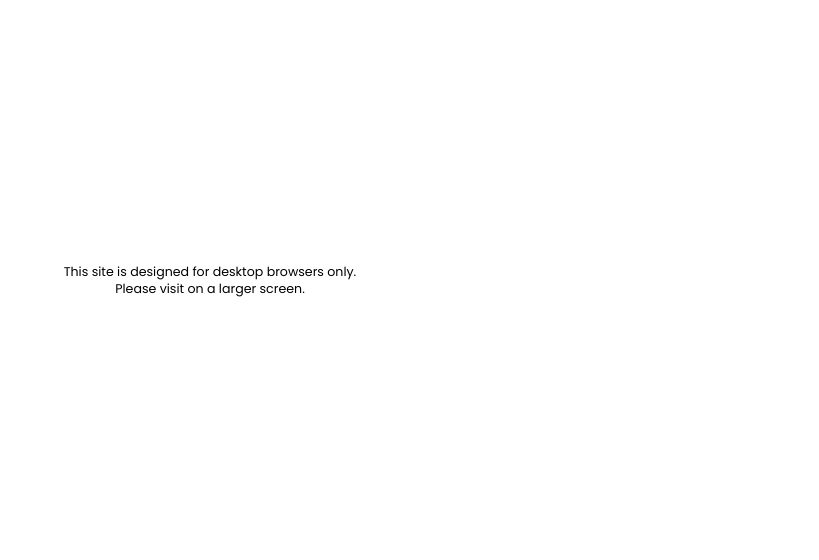
Repository: Wipas1919/Archive-portfolio
Page: index.html
An editor plug-in stored every save of this project. The page is shown before and after the next save, followed by the edit.
The browser window is 600 px wide. The page is 600 px wide, then 1170 px, so the pictures cover 1170 px, including what lies to the right of the window. The pictures show the part of the page from y = 0 to 2080 px (the page is 800 px tall before and 4797 px after), at 70% of full size.

Above is the page before, as saved 2025-05-26 20:56:33.

### index.html
<!-- Cleaned and updated on 2025-05-25 -->
<!DOCTYPE html>
<html lang="en">
 <head>
  <meta charset="utf-8"/>
  <meta content="width=device-width, initial-scale=1.0" name="viewport"/>
  <title>Wipas | Portfolio</title>

  <!-- SEO Meta Tags -->
  <meta name="description" content="Data-driven portfolio by Wipas Anantamongkol - showcasing skills in data engineering, analytics, and business intelligence.">
  <meta name="keywords" content="portfolio, data, analytics, business intelligence, data engineer, Wipas">
  <meta name="author" content="Wipas Anantamongkol">
  <meta name="robots" content="index, follow">
  <link rel="canonical" href="https://wipas1919.github.io/wipas-portfolio/">

  <!-- Fonts -->
  <link href="https://fonts.googleapis.com/css2?family=Poppins:wght@400;600;700&display=swap" rel="stylesheet"/>

  <!-- CSS -->
  <link href="style/main.css" rel="stylesheet"/>
  <link href="style/animations.css" rel="stylesheet"/>
  <link href="https://cdn.jsdelivr.net/npm/aos@2.3.4/dist/aos.css" rel="stylesheet"/>
  <link href="https://cdnjs.cloudflare.com/ajax/libs/animate.css/4.1.1/animate.min.css" rel="stylesheet"/>
  <link href="https://cdn.jsdelivr.net/npm/swiper@10/swiper-bundle.min.css" rel="stylesheet"/>

  <!-- Lottie -->
  <script src="https://unpkg.com/@lottiefiles/lottie-player@latest/dist/lottie-player.js"></script>

  <!-- Copy Protection Script -->
  <script>
    document.addEventListener("contextmenu", e => e.preventDefault());
    document.onkeydown = function(e) {
      if (e.key === "F12" ||
          (e.ctrlKey && e.shiftKey && (e.key === "I" || e.key === "J")) ||
          (e.ctrlKey && e.key === "U")) {
        return false;
      }
    };
    document.addEventListener("selectstart", e => e.preventDefault());
  </script>

  <!-- Google Analytics (replace G-XXXXXXX with actual ID) -->
<!-- Google tag (gtag.js) -->
  <script async src="https://www.googletagmanager.com/gtag/js?id=G-NG75M74LFD"></script>
  <script>
    window.dataLayer = window.dataLayer || [];
    function gtag(){dataLayer.push(arguments);}
    gtag('js', new Date());

    gtag('config', 'G-NG75M74LFD');
  </script>
  </head>
 <body>
  <!-- ... rest of body content remains unchanged ... -->
  <div id="page-loader">
   <div class="spinner">
   </div>
  </div>
  <!-- Navbar -->
  <!-- /* ───── HEADER SECTION ───── */ -->
  <header>
   <div class="container">
    <h1 class="logo">
     Portfolio
    </h1>
    <nav class="nav-right">
     <a href="#hero">
      Home
     </a>
     <a href="#about">
      About
     </a>
     <a href="#contact">
      Contact
     </a>
     <div class="dropdown-wrapper">
      <a class="dropbtn" href="#">
       Collection
      </a>
      <div class="dropdown-content">
       <a href="projects/data-engineer.html">
        Data Engineer
       </a>
       <a href="projects/business-analysis.html">
        Business Analysis
       </a>
       <a href="projects/bi-solutions.html">
        Business Intelligent
       </a>
       <a href="projects/strategic-data.html">
        Data-Driven
       </a>
       <a href="projects/cloud-cert.html">
        Certification
       </a>
       <a href="projects/data-integration.html">
        Data Product
       </a>
      </div>
     </div>
    </nav>
   </div>
  </header>
  <!-- Hero Section -->
  <section class="hero" id="hero">
   <div class="container hero-content">
    <div class="hero-text">
     <h2 class="rellax" data-rellax-speed="-2">
      THE SPACE FOR SHARING MY DATA PROJECTS
     </h2>
     <p class="rellax" data-rellax-speed="-1">
      Data Generalist | Portfolio Website
     </p>
     <a class="btn" href="#projects">
      View Highlights
     </a>
    </div>
    <div class="hero-animation">
     <lottie-player autoplay="" background="transparent" loop="" speed="1" src="animation_data.json" style="width: 500px; height: 500px;">
     </lottie-player>
    </div>
   </div>
  </section>
  <!-- About Section -->
  <section class="about" id="about">
   <div class="container about-grid">
    <div class="about-image" data-aos="fade-right">
     <img alt="Wipas Profile Photo" src="images/profile.jpg"/>
    </div>
    <div class="about-text" data-aos="fade-left" data-aos-delay="100">
     <h2>
      About Me
     </h2>
     <p>
      My name is Wipas Anantamongkol (Frong),
      <br/>
      a passionate person about data, insights, and creating meaningful solutions. This is a little story about my journey.
     </p>
     <div class="timeline">
      <div class="timeline-item" data-aos="fade-up" data-aos-delay="300">
       <div class="timeline-dot">
       </div>
       <div class="timeline-content">
        <h4>
         2025 - Present
        </h4>
        <p>
         Business Analytics Officer
         <br/>
         at N.C.C Management and Development (QSNCC)
        </p>
       </div>
      </div>
      <div class="timeline-item" data-aos="fade-up" data-aos-delay="400">
       <div class="timeline-dot">
       </div>
       <div class="timeline-content">
        <h4>
         2022 - 2024
        </h4>
        <p>
         Project Coordinator - Design Solutions.
         <br/>
         at stiid co. ltd
        </p>
       </div>
      </div>
      <div class="timeline-item" data-aos="fade-up" data-aos-delay="500">
       <div class="timeline-dot">
       </div>
       <div class="timeline-content">
        <h4>
         2018 - 2022
        </h4>
        <p>
         Graduated in Business Administration from
         <br/>
         King Mongkut University of Technology North Bangkok.
        </p>
       </div>
      </div>
     </div>
    </div>
   </div>
  </section>

  <!-- Projects Section -->
  <section class="projects" id="projects">
   <div class="container" data-aos="fade-up">
    <h2>My Collection</h2>
    <p class="section-description">
     These highlight my key competencies and data experiences from certification to applied projects.
    </p>

    <div class="card-grid card-grid--projects">
     <div class="card card--project" data-aos="zoom-in" data-aos-delay="100" onclick="location.href='projects/data-engineer.html'">
       <div class="card__icon">
         <img src="images/brain-circuit.svg" alt="Data Engineer Icon">
       </div>
       <h3>Data Engineer</h3>
       <p>Develop efficient data pipelines for optimal data management.</p>
     </div>
     <div class="card card--project" data-aos="zoom-in" data-aos-delay="200" onclick="location.href='projects/business-analysis.html'">
       <div class="card__icon">
         <img src="images/database.svg" alt="Business Analysis Icon">
       </div>
       <h3>Business Analysis</h3>
       <p>Convert data into actionable intelligence for informed decisions.</p>
     </div>
     <div class="card card--project" data-aos="zoom-in" data-aos-delay="300" onclick="location.href='projects/bi-solutions.html'">
       <div class="card__icon">
         <img src="images/layout-dashboard.svg" alt="Business Intelligent Icon">
       </div>
       <h3>Business Intelligent</h3>
       <p>Gain clarity with dynamic dashboards showcasing vital metrics.</p>
     </div>
     <div class="card card--project" data-aos="zoom-in" data-aos-delay="400" onclick="location.href='projects/strategic-data.html'">
       <div class="card__icon">
         <img src="images/building-2.svg" alt="Data-Driven Icon">
       </div>
       <h3>Data-Driven</h3>
       <p>Enhance business operations with data-driven insights.</p>
     </div>
     <div class="card card--project" data-aos="zoom-in" data-aos-delay="500" onclick="location.href='projects/cloud-cert.html'">
       <div class="card__icon">
         <img src="images/shield-check.svg" alt="Certification Icon">
       </div>
       <h3>Certification</h3>
       <p>Validate expertise with recognized credentials in Data Engineer and Analyst.</p>
     </div>
     <div class="card card--project" data-aos="zoom-in" data-aos-delay="600" onclick="location.href='projects/data-integration.html'">
       <div class="card__icon">
         <img src="images/bot.svg" alt="Data Product Icon">
       </div>
       <h3>Data Product</h3>
       <p>Improve customer engagement with AI-powered chat systems.</p>
     </div>
    </div>

   </div>
  </section>

  <!-- Contact Section -->
  <section class="contact" id="contact">
   <div class="container" data-aos="fade-up">
    <p class="section-subtitle">MY CONTACT</p>
    <h2 class="section-title">Please contact me at your convenience.</h2>
    <p class="section-description">You can contact me via :</p>

    <div class="card-grid card-grid--contact">
     <div class="card card--glass" data-aos="zoom-in" data-aos-delay="100">
       <div class="card__icon">
         <img src="images/mail.svg" alt="Email Icon">
       </div>
       <h3>My Email</h3>
       <p>
        Click here to contact me<br/>
        <a href="mailto:wipas.ananta@gmail.com">wipas.ananta@gmail.com</a>
       </p>
     </div>
     <div class="card card--glass" data-aos="zoom-in" data-aos-delay="200">
       <div class="card__icon">
         <img src="images/phone.svg" alt="Phone Icon">
       </div>
       <h3>My Phone</h3>
       <p>
        Contact me every day from<br/>
        8:00 AM to 6:00 PM<br/>
        098-958-6430
       </p>
     </div>
     <div class="card card--glass" data-aos="zoom-in" data-aos-delay="300">
       <div class="card__icon">
         <img src="images/video.svg" alt="Video Icon">
       </div>
       <h3>Video Presentation</h3>
       <p>Coming soon! Watch my intro video.</p>
       <p><a href="#" target="_blank">View Video</a></p>
     </div>
    </div>

   </div>
  </section>

  <!-- Footer -->
  <!-- /* ───── FOOTER SECTION ───── */ -->
  <footer>
   <div class="container footer-container">
    <p>
     © 2025 Wipas. All rights reserved.
    </p>
    <div class="social-links">
     <a href="https://www.linkedin.com/" target="_blank">
      <img alt="LinkedIn" src="images/linkedin.svg"/>
     </a>
    </div>
   </div>
  </footer>
  <!-- Scripts -->
  <script src="https://unpkg.com/aos@next/dist/aos.js">
  </script>
  <script>
   AOS.init({
      duration: 1000,
      once: true,
      easing: 'ease-in-out',
    });
  </script>
  <script defer="" src="scripts/main.js">
  </script>
 </body>
</html>

### style/main.css
/* ตั้งค่าพื้นฐาน */
body {
  margin: 0;
  font-family: 'Poppins', sans-serif;
  background: #fff;
  color: #222;
  line-height: 1.6;
  scroll-behavior: smooth;
  user-select: none;
  -webkit-user-select: none;
  -ms-user-select: none;
}

img {
  max-width: 100%;
  height: auto;
  display: block;
}

.container {
  width: 100%;
  max-width: 1200px;
  margin: 0 auto;
  padding: 0 50px; /* เพิ่ม padding ด้านข้าง */
}

@media screen and (max-width: 767px) {
  .container { padding: 0 16px; }
  .hero h2 { font-size: 36px; }
  .hero p { font-size: 18px; }
  .card-grid { grid-template-columns: 1fr; }
  nav a { font-size: 14px; }
  .hero-content { flex-direction: column; }
  .about-image img { width: 100%; }
}

@media screen and (min-width: 768px) and (max-width: 1024px) {
  .hero h2 { font-size: 48px; }
  .card-grid { grid-template-columns: repeat(2, 1fr); }
}

@media screen and (max-width: 480px) {
  h2, .section-title { font-size: 28px; }
  .hero h2 { font-size: 28px; }
  .hero p, .section-description, .about-text p, .card p { font-size: 16px; }
  .btn { padding: 10px 20px; font-size: 16px; }
}

/* Navbar */
header {
  background: #fff;
  padding: 5px 0;
  display: flex;
  justify-content: space-between;
  align-items: center;
  border-bottom: 0px solid #eee;
  position: sticky;
  top: 0;
  z-index: 100;
}

header .container {
  display: flex;
  align-items: center;
  justify-content: space-between;
}

.logo {
  font-family: 'Poppins', serif;
  font-size: 30px;
  color: #fc5246;
}

nav a {
  margin: 0 15px;
  color: #333;
  text-decoration: none;
  font-weight: 600;
  font-size: 18px;
}

nav a:hover {
  color: #fd3a2d;
}

/* ปุ่มหลักของเมนู dropdown */
.dropdown-wrapper {
  position: relative;
  display: inline-block;
}

.dropbtn {
  font-weight: 600;
  cursor: pointer;
  color: #222;
  transition: color 0.3s ease;
}

.dropbtn:hover {
  color: #fd3a2d;
}

/* เมนูที่แสดงเมื่อ hover */
.dropdown-content {
  display: none;
  position: absolute;
  top: 100%;
  right: 0;
  background-color: #ffffff;
  min-width: 220px;
  border-radius: 12px;
  box-shadow: 0 10px 25px rgba(0, 0, 0, 0.08);
  overflow: hidden;
  padding: 10px 0;
  z-index: 999;
}

/* แสดงเมื่อ hover */
.dropdown-wrapper:hover .dropdown-content {
  display: block;
}

/* ลิงก์ใน dropdown */
.dropdown-content a {
  display: block;
  padding: 12px 20px;
  color: #222;
  text-decoration: none;
  font-size: 15px;
  transition: background-color 0.2s ease, color 0.2s ease;
}

/* Hover effect ของลิงก์ */
.dropdown-content a:hover {
  background-color: #eaeaea;
  color: #fd3a2d;
}

.hero-animation {
  margin-top: 10px;
  display: flex;
  justify-content: right;
}

/* Hero Section */
.hero {
  position: relative;
  height: 60vh;
  display: flex;
  align-items: center;
  justify-content: center;
  flex-direction: column;
  text-align: center;
  background: #eaeaea;
  color: #000000;
}

#hero-background {
  position: absolute;
  top: 0;
  left: 0;
  width: 100%;
  height: 100%;
  z-index: 0;
}

.hero-content {
  position: relative;
  z-index: 1;
  width: 100%;
  max-width: 1200px;
  padding-left: 5vw;
  padding-right: 5vw;
  text-align: left;
  align-items: flex-start;
}

.hero h2 {
  font-size: 60px;
  margin-bottom: 10px;
  line-height: 1.2;
}

.hero p {
  font-size: 30px;
  margin-bottom: 30px;
  color: #1d1d1d;
}

.btn, .hero .btn {
  display: inline-block;
  background: #fd3a2d;
  color: #fff;
  padding: 14px 36px;
  border-radius: 30px;
  text-decoration: none;
  font-weight: bold;
  font-size: 18px;
  transition: background 0.3s;
}

.btn:hover, .hero .btn:hover {
  background: #252525;
}

/* Sections */
section {
  padding: 100px 0;
  text-align: center;
}

/* About Section */
.about-grid {
  display: flex;
  align-items: center;
  justify-content: center;
  gap: 50px;
  flex-wrap: wrap;
}

.about-image img {
  width: 500px;
  height: auto;
  object-fit: cover;
  border-top-left-radius: 0;
  border-top-right-radius: 0;
  border-bottom-left-radius: 200px;
  border-bottom-right-radius: 200px;
}

.about-text {
  max-width: 500px;
  text-align: left;
}

.about-text h2 {
  margin-bottom: 20px;
}

.about-text p {
  font-size: 18px;
  color: #666;
}

/* Timeline */
.timeline-item {
  position: relative;
  margin-bottom: 30px;
}

.timeline-dot {
  width: 14px;
  height: 14px;
  background-color: #fd3a2d;
  border-radius: 50%;
  position: absolute;
  left: -8px;
  top: 0;
}

.timeline-content {
  margin-left: 20px;
}

.timeline-content h4 {
  margin: 0;
  font-size: 18px;
  color: #333;
  font-weight: 600;
}

.timeline-content p {
  margin: 5px 0 0;
  font-size: 16px;
  color: #666;
}

/* Projects Section */
#projects {
  margin-bottom: 10px;
}

.card-grid {
  display: grid;
  grid-template-columns: repeat(3, 1fr); /* สำคัญ: 3 คอลัมน์ */
  gap: 40px;
  margin-top: 100px;
}


.card {
  background: #ffffff;
  padding: 30px;
  border-radius: 12px;
  text-align: center;
  transition: box-shadow 0.3s;
  border: 1px solid #eee;
}

.card:hover {
  box-shadow: 0 8px 20px rgba(0, 0, 0, 0.1);
}

.card-icon img {
  width: 40px;
  height: 40px;
  margin-bottom: 20px;
}

.card h3 {
  font-size: 20px;
  margin-bottom: 15px;
  color: #333;
}

.card p {
  font-size: 16px;
  color: #666;
}

/* Contact Section */
.contact {
  background: rgba(255, 255, 255, 0.5); /* 1 = โปร่งแสง 50% */
  text-align: center;
}

.section-subtitle {
  text-transform: uppercase;
  font-size: 18px;
  letter-spacing: 1.5px;
  color: #4e4e4e;
  margin-bottom: 10px;
}

h2 {
  font-size: 36px;
  color: #292929
}


.section-title {
  font-size: 36px;
  margin-bottom: 10px;
  color: #2e2e2e;
}

.section-description {
  font-size: 18px;
  margin-bottom: 40px;
  color: #4e4e4e;
}

.contact-grid {
  display: grid;
  grid-template-columns: repeat(auto-fit, minmax(280px, 1fr));
  gap: 20px;
  margin-top: 40px;
}

.contact-card.glass {
  background: rgba(255, 255, 255, 0.15);
  backdrop-filter: blur(12px);
  -webkit-backdrop-filter: blur(12px);
  border-radius: 20px;
  padding: 24px;
  border: 1px solid rgba(255, 255, 255, 0.3);
  box-shadow: 0 8px 32px rgba(0, 0, 0, 0.1);
  transition: transform 0.3s ease, box-shadow 0.3s ease;
  text-align: center;
}

.contact-card.glass:hover {
  transform: scale(1.05);
  box-shadow: 0 12px 28px rgba(0, 0, 0, 0.15);
}

.contact-icon {
  display: flex;
  flex-direction: column;
  align-items: center;
  justify-content: center; /* 🔥 เพิ่มบรรทัดนี้เพื่อจัดไอคอนแนวดิ่ง */
  height: 100px; /* ✅ ปรับความสูงให้เหมาะสม */
  margin-bottom: 12px;
}


.contact-icon img {
  width: 48px;
  height: 48px;
  margin-bottom: 12px;
  transition: transform 0.3s ease;
}

.contact-card.glass:hover .contact-icon img {
  transform: scale(1.15);
}

/* Footer */
footer {
  background: #f5f5f5;
  padding: 20px 0;
  font-size: 14px;
  color: #4d4d4d;
}

.footer-container {
  display: flex;
  justify-content: space-between;
  align-items: center;
  flex-wrap: wrap;
}

.social-links {
  display: flex;
  gap: 20px;
}

.social-links a img {
  width: 30px;
  height: 30px;
  transition: transform 0.3s ease;
}

.social-links a img:hover {
  transform: scale(1.2);
}

#hero-background {
  position: absolute;
  top: 0;
  left: 0;
  height: 100%;
  width: 100%;
  z-index: 0;
  overflow: hidden;
}
.hero-content {
  position: relative;
  z-index: 1;
}

/* animation-data */
.hero-content {
  display: flex;
  justify-content: space-between;
  align-items: center;
  flex-wrap: wrap;
  gap: 40px;
}

.hero-text {
  flex: 1 1 55%;
}

.hero-animation {
  flex: 1 1 40%;
  display: flex;
  justify-content: center;
  align-items: center;
}

/* ===== Page Loader & Smooth Scroll ===== */
html{scroll-behavior:smooth;}

#page-loader{
  position:fixed;inset:0;display:grid;place-items:center;
  background:#ffffff;z-index:9999;opacity:1;
  transition:opacity .0.5s ease;
}
#page-loader .spinner{
  width:32px;height:32px;border:4px solid #e5e5e5;
  border-top-color:#ff694b;border-radius:50%;
  animation:spin .8s linear infinite;
}
@keyframes spin{to{transform:rotate(360deg)}}

body.loaded #page-loader{opacity:0;pointer-events:none;}
body.fade-out{opacity:0;transition:opacity .0.5s ease;}

@keyframes hideLoaderFallback{to{opacity:0;pointer-events:none;}}
#page-loader{animation:hideLoaderFallback 0.5s forwards 0.5s;}



/* ====  Reusable Card Component  ================================== */
.card {
  background: #ffffff;
  border: 1px solid #eee;
  border-radius: 12px;
  padding: 24px;
  text-align: center;
  box-shadow: 0 4px 12px rgba(0,0,0,.05);
  transition: transform .3s ease, box-shadow .3s ease;
}
.card:hover {
  transform: translateY(-6px);
  box-shadow: 0 12px 25px rgba(0,0,0,.1);
}

.card__icon{
  display:flex;
  flex-direction:column;
  align-items:center;
  justify-content:center;
  height:100px;
  margin-bottom:12px;
}
.card__icon img{
  width:48px;
  height:48px;
  transition: transform .3s ease;
}
.card:hover .card__icon img{
  transform:scale(1.15);
}

/* Variant – project card (clickable) */
.card--project{cursor:pointer;}

/* Variant – glassmorphism contact card */
.card--glass{
  background: rgba(255,255,255,.15);
  backdrop-filter: blur(12px);
  -webkit-backdrop-filter: blur(12px);
  border: 1px solid rgba(255,255,255,.3);
  box-shadow: 0 8px 32px rgba(0,0,0,.1);
}

/* Grids */

.card-grid--contact{
  display:grid;
  grid-template-columns: repeat(auto-fit,minmax(280px,1fr));
  gap:20px;
  margin-top:40px;
}

/* Remove legacy duplicate styles */
.contact-card, .contact-card.glass, .glass-card{
}/* project */

.project-blog {
  max-width: 800px;
  margin: 80px auto;
  padding: 0 20px;
  font-family: 'Inter', sans-serif;
}

.project-blog h1 {
  font-size: 36px;
  font-weight: 700;
  margin-bottom: 20px;
  text-align: center;
  color: #222;
}

.project-blog .tag {
  display: inline-block;
  background: #f0f0f0;
  color: #333;
  padding: 6px 12px;
  margin: 0 8px 20px 0;
  border-radius: 20px;
  font-size: 14px;
}

.project-blog p {
  font-size: 18px;
  color: #444;
  line-height: 1.7;
  margin-bottom: 24px;
}

.project-blog img {
  width: 100%;
  border-radius: 10px;
  margin: 30px 0;
  box-shadow: 0 8px 30px rgba(0,0,0,0.08);
}

/* button */
.back-float-btn {
  position: fixed;
  bottom: 30px;
  left: 50%;
  transform: translateX(-50%);
  background-color: #fc5246;
  color: white;
  padding: 10px 24px;
  font-size: 14px;
  border-radius: 30px;
  box-shadow: 0 4px 16px rgba(0, 0, 0, 0.1);
  cursor: pointer;
  z-index: 9999;
  text-align: center;
  font-family: 'Inter', sans-serif;
  transition: background 0.3s ease;
  width: auto;       /* ปรับให้ขนาดพอดีกับเนื้อหา */
  max-width: 200px;  /* จำกัดไม่ให้ปุ่มกว้างเกินไป */
}

.back-float-btn:hover {
  background-color: #e6483c;
}

@media (max-width: 768px) {
  .back-float-btn {
    padding: 9px 18px;
    font-size: 13px;
    bottom: 20px;
  }
/* ===== FINAL OVERRIDE ===== */
.contact-card a {
  color: inherit !important;
  text-decoration: none !important;
}

.contact-card a:visited {
  color: inherit !important;
  text-decoration: none !important;
}

.contact-card a:hover,
.contact-card a:focus,
.contact-card a:active {
  color: inherit !important;
  text-decoration: none !important;
}

/* ===== Card grid (Projects) enforce 3-column on desktop ===== */
@media (min-width: 1024px){
  .card-grid--projects{
    grid-template-columns: repeat(3, 1fr);
  }
}
/* 2 columns on tablets */
@media (min-width: 640px) and (max-width: 1023px){
  .card-grid--projects{
    grid-template-columns: repeat(2, 1fr);
  }
}
/* 1 column on small screens (default) */
}

/* ===== DESKTOP-ONLY MODE (CSS BLOCK) =====
   Hide entire site below 1024px width and show full-screen notice
--------------------------------------------------------------- */
@media (max-width: 767px){
  /* Hide all real content */
  body > * { display: none !important; }

  /* Full-screen notice */
  body::before{
    content: "This site is designed for desktop browsers only.\A Please visit on a larger screen.";
    white-space: pre-line;
    position: fixed;
    inset: 0;
    background: #ffffff;
    color: #000000;
    padding: 40px 24px;
    display: flex;
    align-items: center;
    justify-content: center;
    font-family: "Poppins", sans-serif;
    font-size: 18px;
    line-height: 1.4;
    text-align: center;
    z-index: 99999;
  }

  /* ===== BLOCK MOBILE DEVICES ONLY ===== */
@media (hover: none) and (pointer: coarse) {
  body > * {
    display: none !important;
  }

  body::before {
    content: "This website is optimised for desktop only.\A Please view it on a computer.";
    white-space: pre-line;
    position: fixed;
    inset: 0;
    background: #fff;
    color: #000;
    padding: 40px 24px;
    display: flex;
    align-items: center;
    justify-content: center;
    font-family: "Poppins", sans-serif;
    font-size: 18px;
    line-height: 1.4;
    text-align: center;
    z-index: 99999;
  }

  html, body {
    overflow: hidden;
  }
}

  /* Prevent horizontal scroll */
  html, body{ overflow: hidden; }
}

### scripts/main.js
document.addEventListener('DOMContentLoaded', function () {
  const animatedElements = document.querySelectorAll('.animate-on-scroll');

  if (!('IntersectionObserver' in window)) {
    // Fallback สำหรับ browser เก่า
    animatedElements.forEach(el => {
      const animation = el.getAttribute('data-animate') || 'animate__fadeInUp';
      el.classList.add('animate__animated', animation);
    });
    return;
  }

  const observer = new IntersectionObserver(entries => {
    entries.forEach(entry => {
      const el = entry.target;
      const animation = el.getAttribute('data-animate') || 'animate__fadeInUp';
      const delay = el.getAttribute('data-delay') || '0s';

      if (entry.isIntersecting) {
        el.classList.add('animate__animated', animation);
        el.style.setProperty('--animate-delay', delay);
        el.classList.add('animate__delay');
      } else {
        el.classList.remove('animate__animated', animation);
        el.classList.remove('animate__delay');
      }
    });
  }, {
    rootMargin: '0px 0px -10% 0px',
    threshold: 0.1
  });

  animatedElements.forEach(el => observer.observe(el));
});

Loaded but not shown: animation_data.json (1 lines, source omitted); style/animations.css (no stored copy; drawn as an empty file)

After the next save:
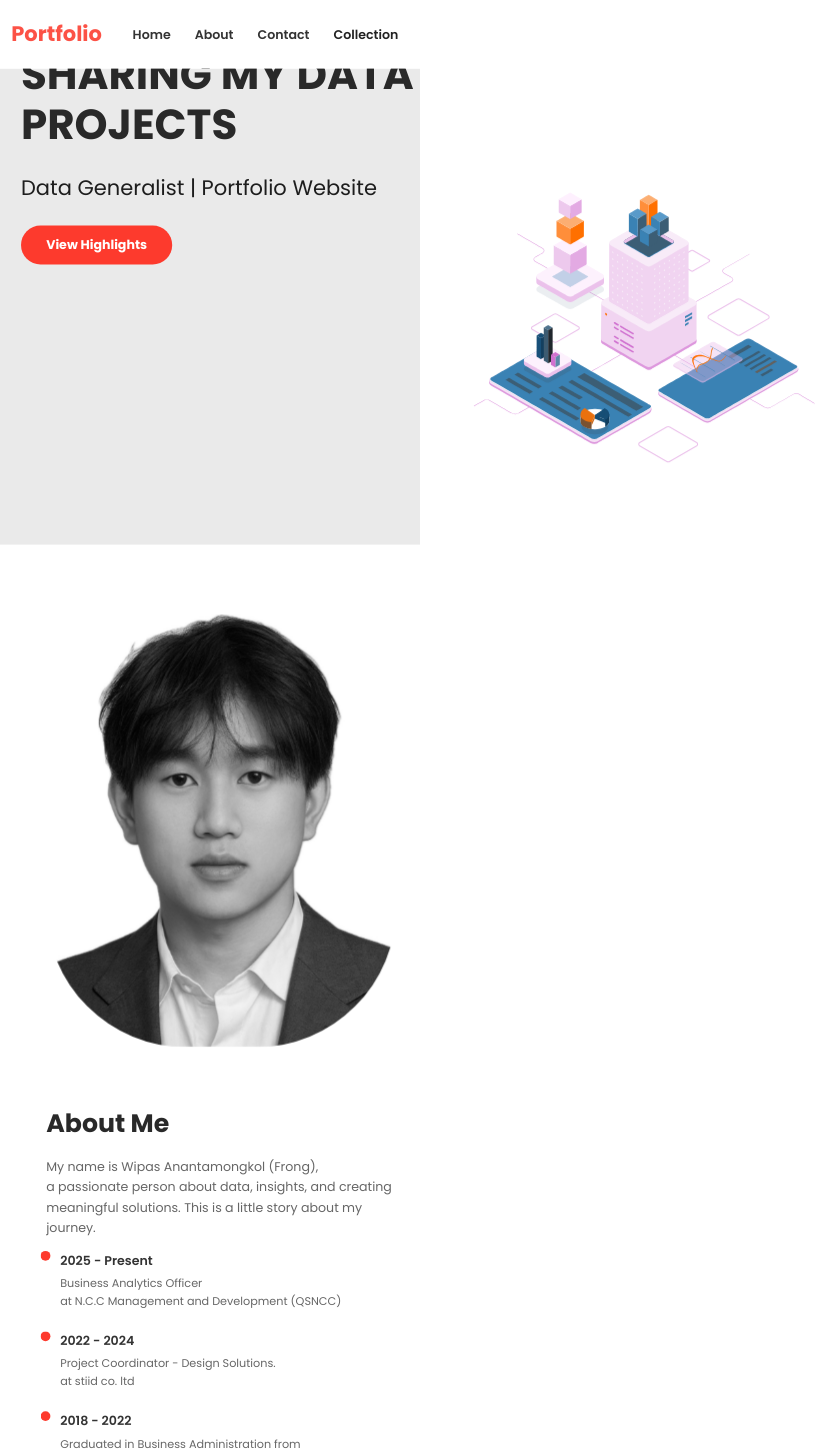
Saved 2 min 55 s later.
--- a/style/main.css
+++ b/style/main.css
@@ -645,7 +645,7 @@ body.fade-out{opacity:0;transition:opacity .0.5s ease;}
 /* ===== DESKTOP-ONLY MODE (CSS BLOCK) =====
    Hide entire site below 1024px width and show full-screen notice
 --------------------------------------------------------------- */
-@media (max-width: 767px){
+@media (hover: none) and (pointer: coarse){
   /* Hide all real content */
   body > * { display: none !important; }
 
@@ -668,35 +668,6 @@ body.fade-out{opacity:0;transition:opacity .0.5s ease;}
     z-index: 99999;
   }
 
-  /* ===== BLOCK MOBILE DEVICES ONLY ===== */
-@media (hover: none) and (pointer: coarse) {
-  body > * {
-    display: none !important;
-  }
-
-  body::before {
-    content: "This website is optimised for desktop only.\A Please view it on a computer.";
-    white-space: pre-line;
-    position: fixed;
-    inset: 0;
-    background: #fff;
-    color: #000;
-    padding: 40px 24px;
-    display: flex;
-    align-items: center;
-    justify-content: center;
-    font-family: "Poppins", sans-serif;
-    font-size: 18px;
-    line-height: 1.4;
-    text-align: center;
-    z-index: 99999;
-  }
-
-  html, body {
-    overflow: hidden;
-  }
-}
-
   /* Prevent horizontal scroll */
   html, body{ overflow: hidden; }
 }
